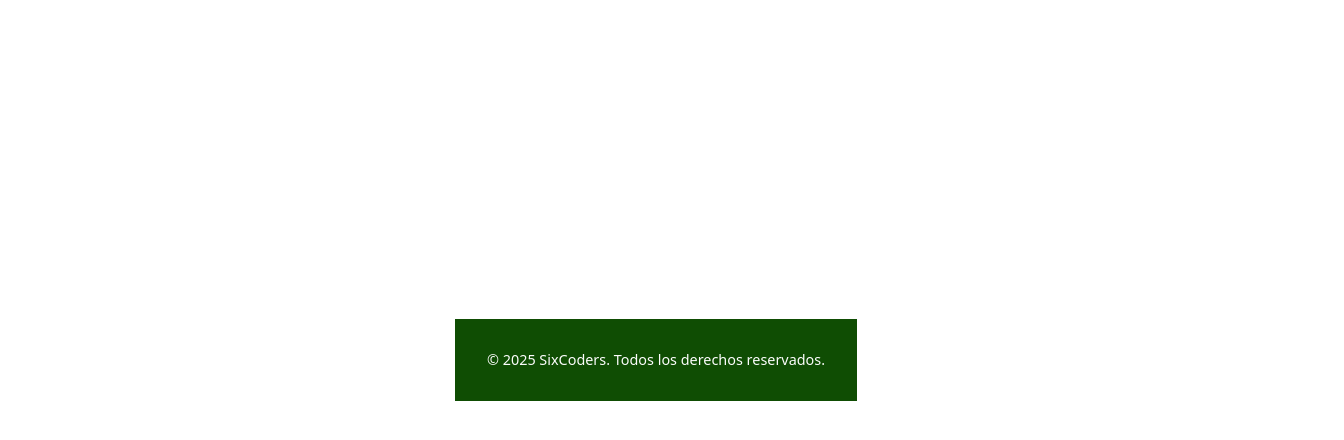
Repository: gaizkamg/cadena-de-postales-FRONT
Page: /
These files come from the project's save history. The page is drawn as it stood at one moment and after a run of saves; the edit follows.
The browser window is 1280 px wide. The page is 1280 px wide, then 1344 px, so the pictures cover 1344 px, including what lies to the right of the window. The pictures show the whole page.
The project was rebuilt for these pictures with package versions that can differ from the ones it lists, and the page was loaded fresh each time. Also part of the build but not shown: vite.config.js.

Above is the page before, as saved 2025-05-21 08:44:12.

After the next 2 saves:
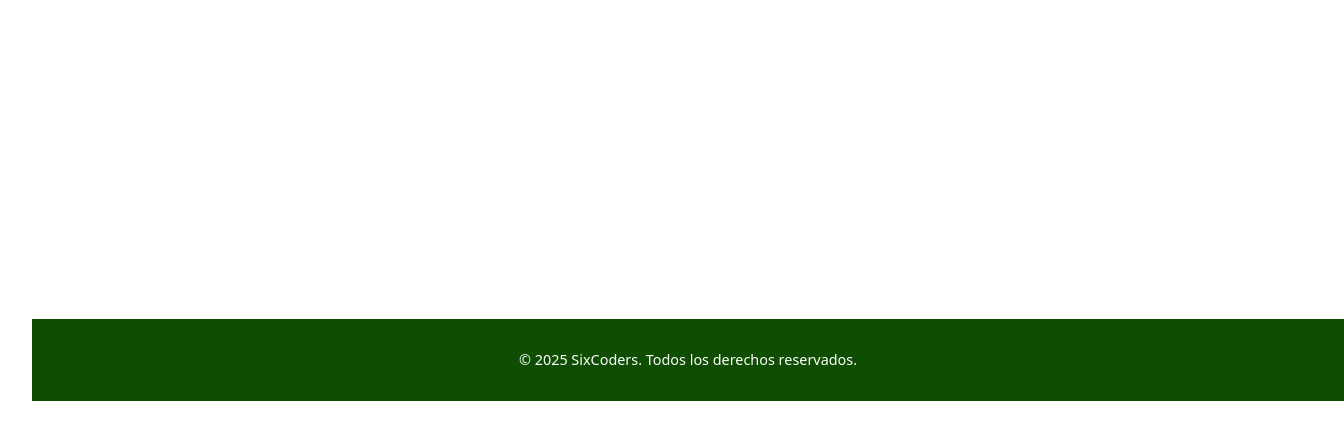
The 2 saves are shown as one change because they came seconds apart.
The last was saved 14 s later.
--- a/src/components/Footer.vue
+++ b/src/components/Footer.vue
@@ -10,8 +10,11 @@
 
 <style scoped>
 .footer {
+  position: relative;
+  left: 0;
+  right: 0;
   background-color: #0f4d03;
-  width: 100%;
+  width: 100vw;
   text-align: center;
   padding: 1rem;
   font-size: 0.9rem;
